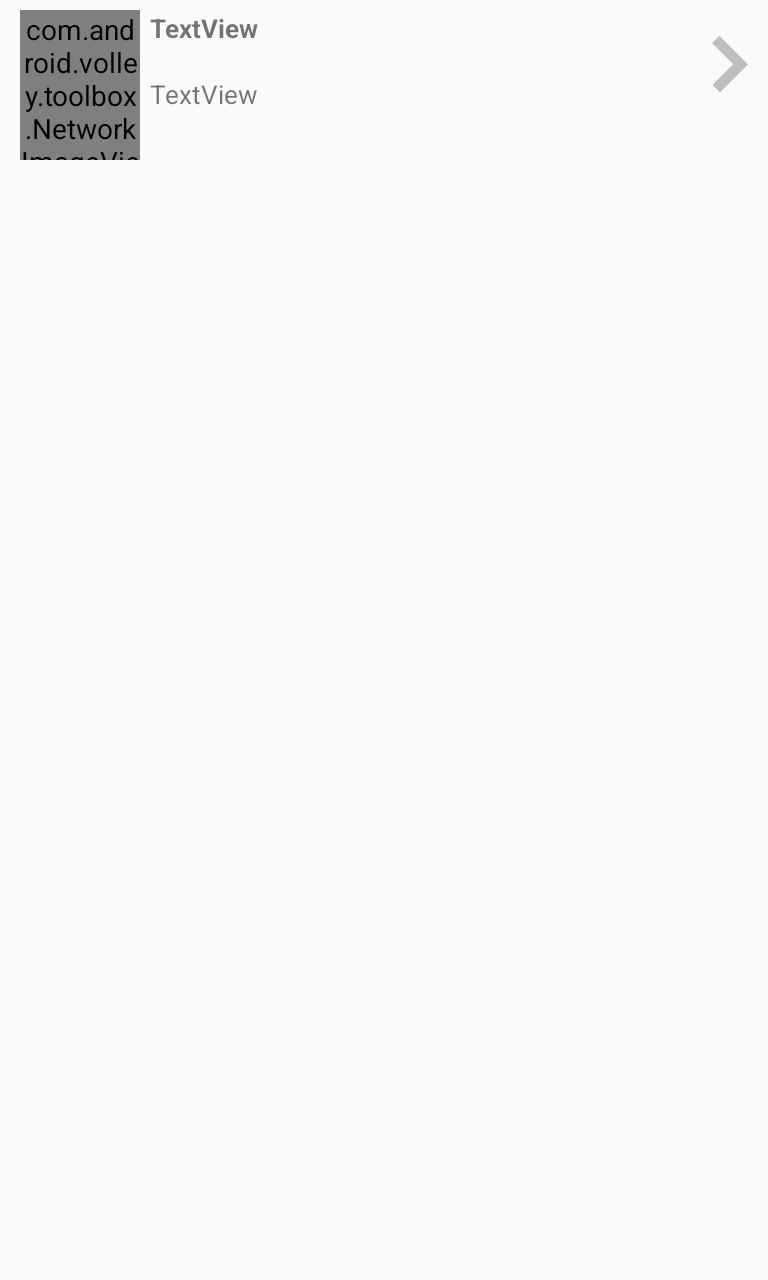
Repository: savindra/cutting-edge
Layout: Humzearch/res/layout/view_reward_row.xml
An editor plug-in stored every save of this project. The layout is shown before and after the next save, followed by the edit.
Pictures or frames that could not be fetched are drawn as grey boxes. It is drawn on a 768 x 1280 px phone screen (xhdpi) without system bars, with theme AppTheme; the app's code is not run.

Above is the layout before, as saved 2015-06-17 10:50:46.

### Humzearch/res/layout/view_reward_row.xml
<?xml version="1.0" encoding="utf-8"?>
<RelativeLayout xmlns:android="http://schemas.android.com/apk/res/android"
    android:id="@+id/RelativeLayout1"
    android:layout_width="match_parent"
    android:layout_height="match_parent"
    android:orientation="vertical" >

    <com.android.volley.toolbox.NetworkImageView
        android:id="@+id/imgViewReward"
        android:layout_width="60dp"
        android:layout_height="75dp"
        android:layout_alignParentLeft="true"
        android:layout_alignParentTop="true"
        android:layout_marginBottom="5dp"
        android:layout_marginLeft="10dp"
        android:layout_marginRight="5dp"
        android:layout_marginTop="5dp"
        android:src="@drawable/ic_reward" />

    <TextView
        android:id="@+id/txtViewRewardName"
        android:layout_width="wrap_content"
        android:layout_height="wrap_content"
        android:layout_alignTop="@+id/imgViewReward"
        android:layout_toLeftOf="@+id/imageView2"
        android:layout_toRightOf="@+id/imgViewReward"
        android:text="TextView"
        android:textSize="@dimen/small"
        android:textStyle="bold" />

    <TextView
        android:id="@+id/txtViewRewardValue"
        android:layout_width="wrap_content"
        android:layout_height="wrap_content"
        android:layout_below="@+id/txtViewRewardName"
        android:layout_marginTop="15dp"
        android:layout_toRightOf="@+id/imgViewReward"
        android:text="TextView"
        android:textSize="@dimen/small" />

    <ImageView
        android:id="@+id/imageView2"
        android:layout_width="18dp"
        android:layout_height="54dp"
        android:layout_alignParentRight="true"
        android:layout_alignTop="@+id/txtViewRewardName"
        android:layout_marginRight="10dp"
        android:src="@drawable/ic_right_arrow" />

</RelativeLayout>

### Humzearch/res/values-v21/style.xml
<?xml version="1.0" encoding="utf-8"?>
<resources>
    <style name="AppTheme" parent="AppTheme.Base">
        <!-- Customize your theme using Material Design here. -->
    </style>
</resources>

### Humzearch/res/values/styles.xml
<resources>

    <!-- Base application theme. -->
    <style name="AppTheme" parent="AppTheme.Base"/>

    <style name="AppTheme.Base" parent="Theme.AppCompat.Light.DarkActionBar">
        <!-- Customize your theme here. -->

        <!-- colorPrimary is used for the default action bar background -->
        <item name="colorPrimary">@color/ColorPrimary</item>

        <!-- colorPrimaryDark is used for the status bar -->
        <item name="colorPrimaryDark">@color/ColorPrimaryDark</item>

        <!-- colorAccent is used as the default value for colorControlActivated
             which is used to tint widgets -->

        <!-- You can also set colorControlNormal, colorControlActivated
             colorControlHighlight & colorSwitchThumbNormal. -->

        <item name="homeAsUpIndicator">@drawable/ic_drawer</item>
		<item name="android:homeAsUpIndicator">@drawable/ic_drawer</item>
    </style>

    <style name="AppTheme.NoTitleBar" parent="Theme.AppCompat.Light.NoActionBar">
        <!-- Customize your theme here. -->

        <!-- colorPrimary is used for the default action bar background -->
        <item name="colorPrimary">@color/ColorPrimary</item>

        <!-- colorPrimaryDark is used for the status bar -->
        <item name="colorPrimaryDark">@color/ColorPrimaryDark</item>

        <!-- colorAccent is used as the default value for colorControlActivated
             which is used to tint widgets -->

        <!-- You can also set colorControlNormal, colorControlActivated
             colorControlHighlight & colorSwitchThumbNormal. -->
    </style>

    <style name="AppTheme.BackButton" parent="Theme.AppCompat.Light.DarkActionBar">
        <!-- Customize your theme here. -->

        <!-- colorPrimary is used for the default action bar background -->
        <item name="colorPrimary">@color/ColorPrimary</item>

        <!-- colorPrimaryDark is used for the status bar -->
        <item name="colorPrimaryDark">@color/ColorPrimaryDark</item>

        <!-- colorAccent is used as the default value for colorControlActivated
             which is used to tint widgets -->

        <!-- You can also set colorControlNormal, colorControlActivated
             colorControlHighlight & colorSwitchThumbNormal. -->
    </style>

    <style name="toolbar_bottom" parent="Widget.AppCompat.Toolbar">
    	<item name="contentInsetStart">0dp</item>
    	<item name="contentInsetEnd">0dp</item>
	</style>

</resources>

### Humzearch/res/values/color.xml
<?xml version="1.0" encoding="utf-8"?>
<resources>
    <color name="ColorPrimary">#e62117</color>
    <color name="ColorPrimaryDark">#c31c13</color>
    <color name="tabsScrollColor">#8a140e</color>
    <color name="fontblack">#000</color>

    <!-- Main menu colors -->
    <color name="list_item_title">#303030</color>
    <color name="list_background">#eee</color>
    <color name="list_background_pressed">#aaa</color>
    <color name="list_divider">#ccc</color>
    <color name="counter_text_bg">#626262</color>
    <color name="counter_text_color">#c5c4c4</color>

    <color name="button">#ccc</color>

    <color name="link">#909090</color>
    <color name="secondbar">#f5f5f5</color>
    <color name="background">#fcfcfc</color>

</resources>

### Humzearch/res/values/dimens.xml
<resources>

    <!-- Default screen margins, per the Android Design guidelines. -->
    <dimen name="activity_horizontal_margin">16dp</dimen>
    <dimen name="activity_vertical_margin">16dp</dimen>
    <dimen name="fontsize">18sp</dimen>

    <dimen name="large">17dp</dimen>
    <dimen name="medium">15dip</dimen>
    <dimen name="small">13dip</dimen>
    <dimen name="tiny">12dip</dimen>

</resources>

After the next save:
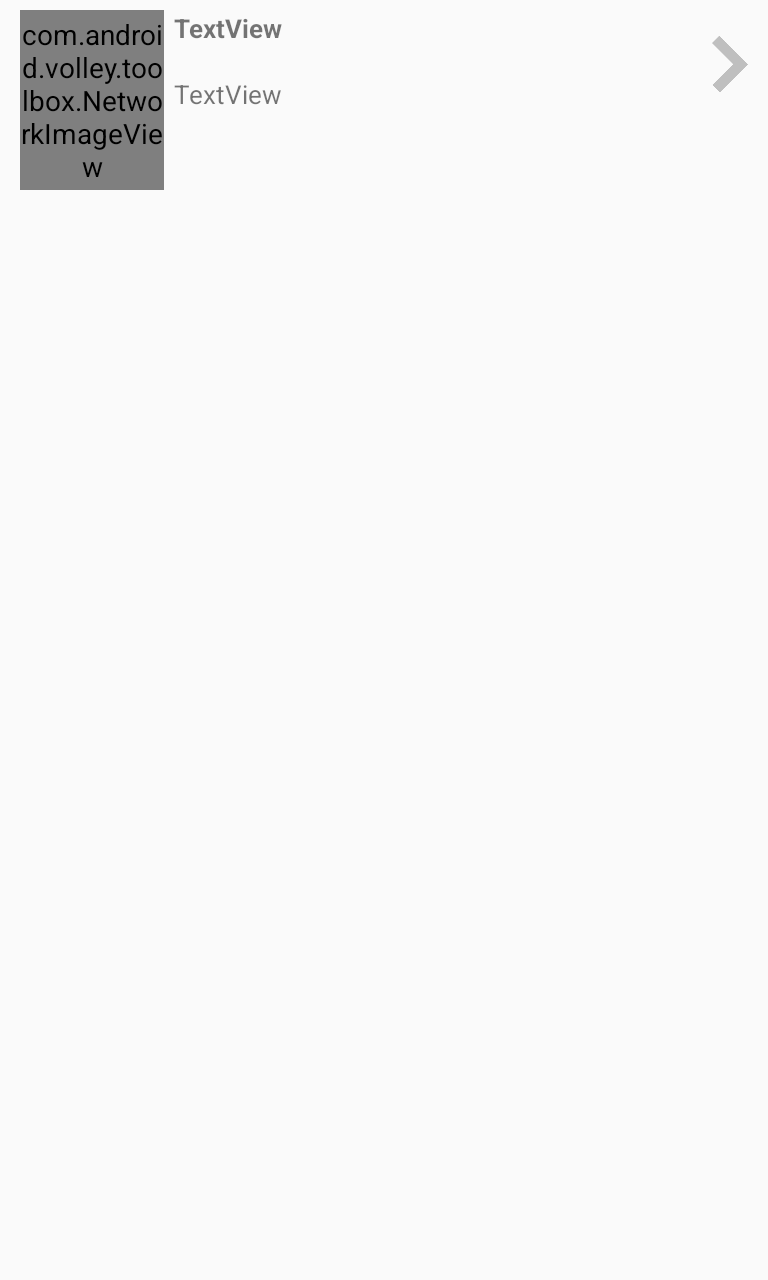
Saved 107 s later.
--- a/Humzearch/res/layout/view_reward_row.xml
+++ b/Humzearch/res/layout/view_reward_row.xml
@@ -7,8 +7,8 @@
 
     <com.android.volley.toolbox.NetworkImageView
         android:id="@+id/imgViewReward"
-        android:layout_width="60dp"
-        android:layout_height="75dp"
+        android:layout_width="72dp"
+        android:layout_height="90dp"
         android:layout_alignParentLeft="true"
         android:layout_alignParentTop="true"
         android:layout_marginBottom="5dp"
